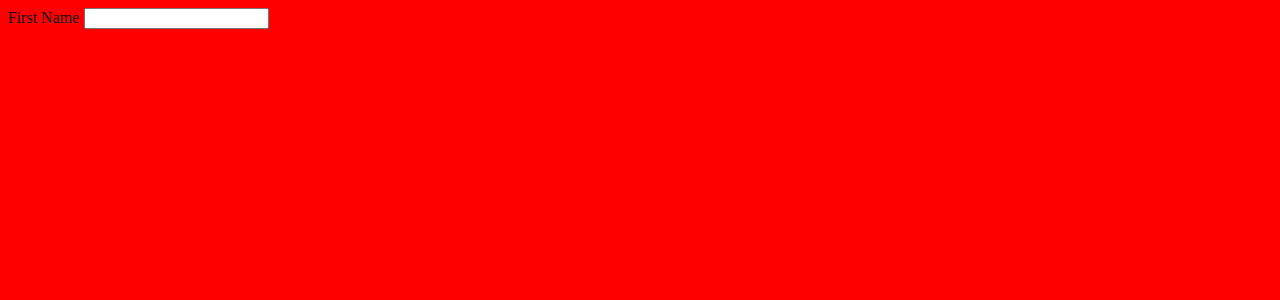
Repository: Fariaddd/codefactor-stylesheet
Page: index.html
An editor plug-in stored every save of this project. The page is shown before and after the next save, followed by the edit.
The browser window is 1280 px wide. The pictures show the whole page.

Above is the page before, as saved 2021-11-17 18:59:58.

### index.html
<!DOCTYPE html>
<html lang="en">
  <head>
    <meta charset="UTF-8" />
    <meta http-equiv="X-UA-Compatible" content="IE=edge" />
    <meta name="viewport" content="width=device-width, initial-scale=1.0" />
    <title>Document</title>
    <link rel="stylesheet" href="./styles/styles.css" />
  </head>
  <body>
    <form action="/action">
      <label for="firstname">First Name</label>
      <input type="text" id="firstname" name="firstname" />
    </form>
  </body>
</html>

### styles/styles.css
body {
  background-color: red;
}
h1 {
  font-size: 26px;
  color: purple;
}

p {
  font-size: 16px;
  color: royalblue;
}

After the next save:
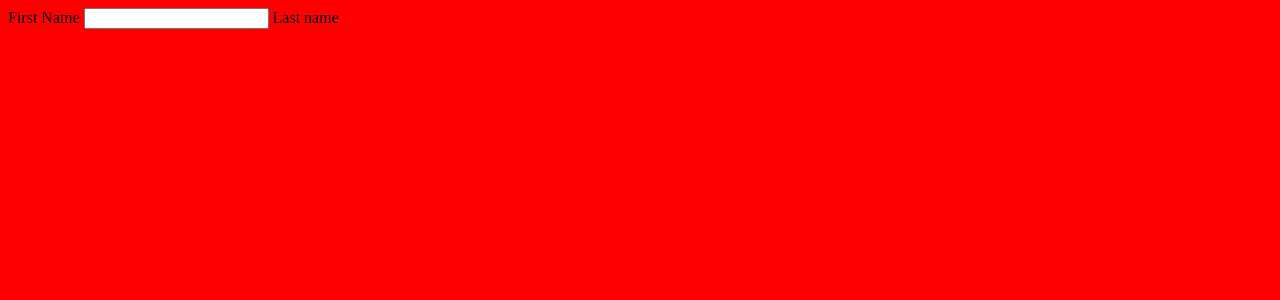
Saved 32 s later.
--- a/index.html
+++ b/index.html
@@ -11,6 +11,7 @@
     <form action="/action">
       <label for="firstname">First Name</label>
       <input type="text" id="firstname" name="firstname" />
+      <label for="lastname">Last name</label>
     </form>
   </body>
 </html>
